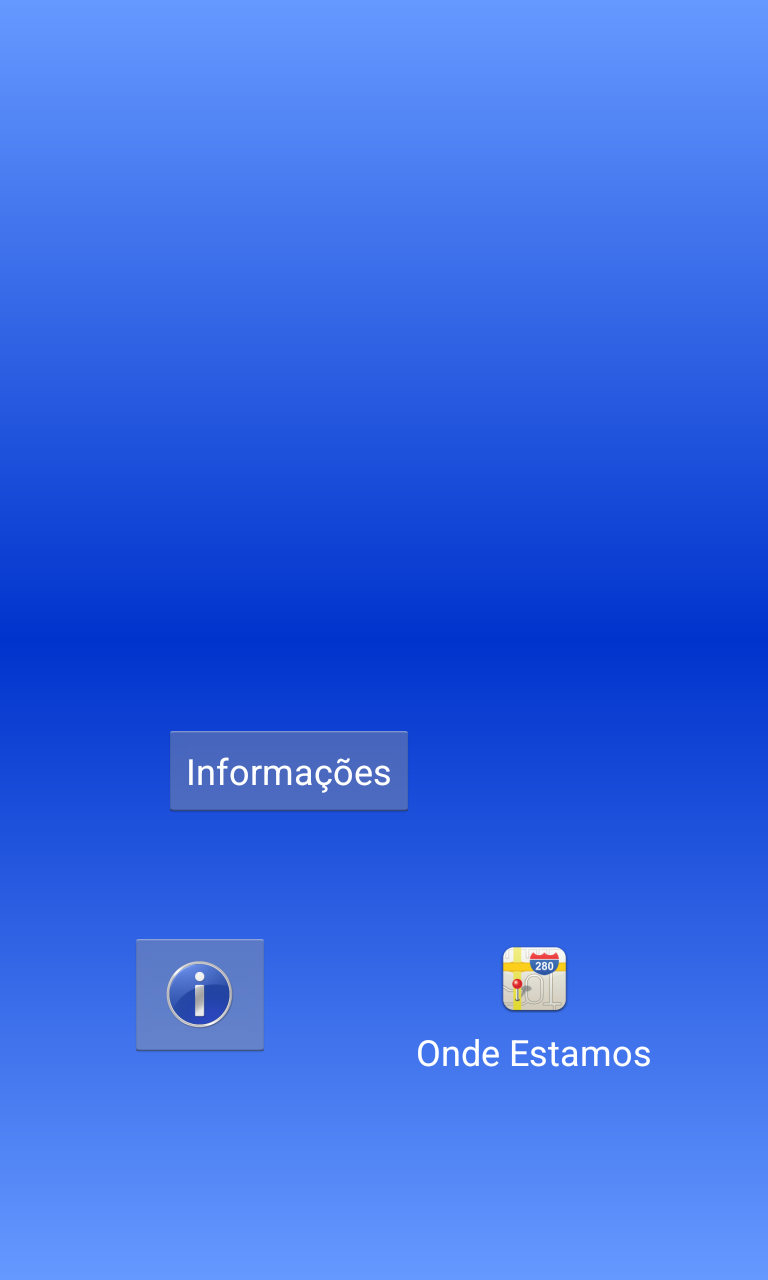
Repository: lmqs/ProjetoAndroid
Layout: TopicosProjeto/res/layout/activity_questoes.xml
The author's editor kept a copy of each file at every save. The layout is drawn from the files as they stood at one save, then again after the next save.
It is drawn on a 768 x 1280 px phone screen (xhdpi) without system bars, with theme AppTheme; the app's code is not run.

Above is the layout before, as saved 2014-04-27 14:42:18.

After the next save:
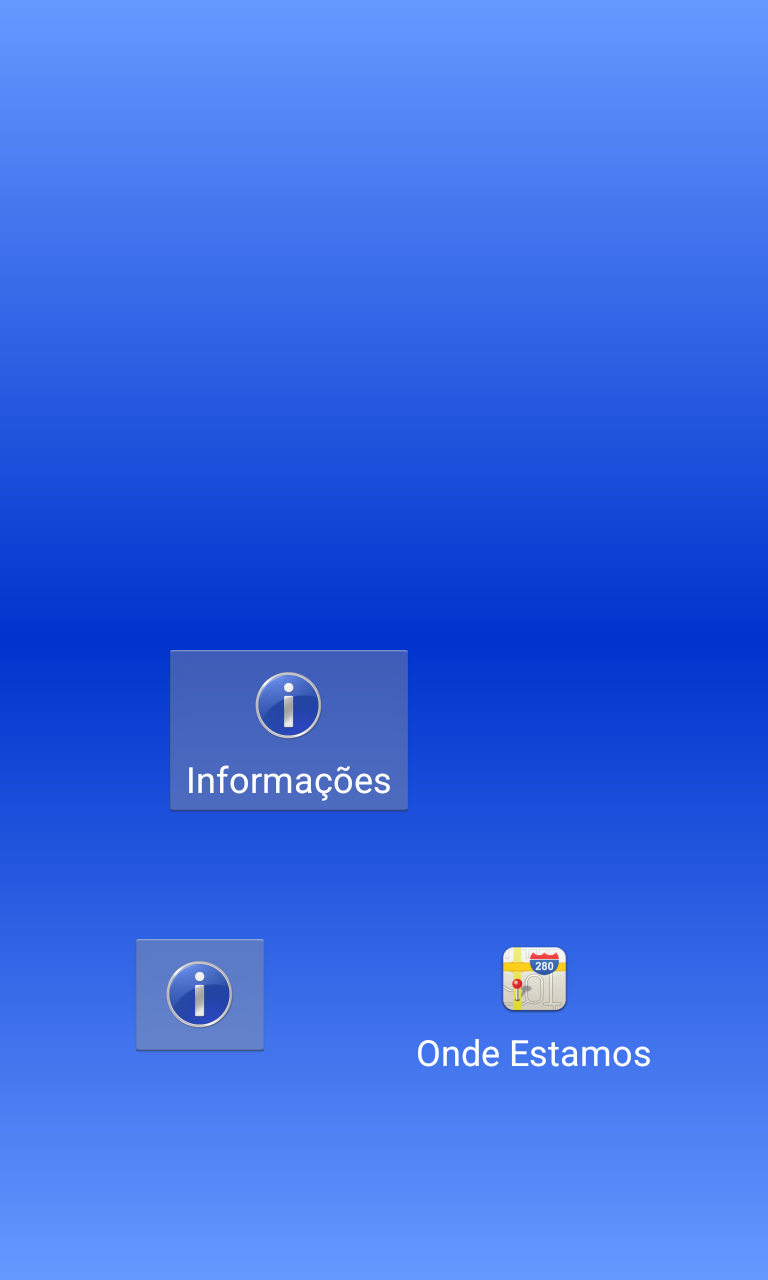
Saved 25 s later.
--- a/TopicosProjeto/res/layout/activity_questoes.xml
+++ b/TopicosProjeto/res/layout/activity_questoes.xml
@@ -38,7 +38,7 @@
         android:layout_above="@+id/imageButton1"
         android:layout_marginBottom="56dp"
         android:layout_toLeftOf="@+id/button1"
-        android:src="@drawable/info"
+        android:drawableTop="@drawable/info"
         android:text="Informações"
         android:textColor="#ffffff" />
 
